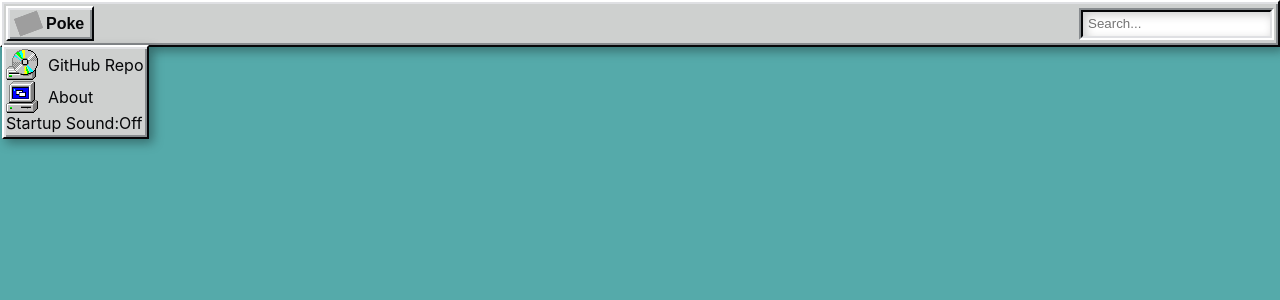
Repository: VolodymyrDubnytskyi/Pokemons
Page: /
An editor plug-in stored every save of this project. The page is shown before and after the next save, followed by the edit.
The browser window is 1280 px wide. The pictures show the whole page.
Pictures or frames that could not be fetched are drawn as grey boxes. The page's requests for data from a server got no answer. The project was rebuilt for these pictures with package versions that can differ from the ones it lists, and the page was loaded fresh each time. No one was signed in, and anything a server would have sent is missing. Also part of the build but not shown: src/Components/PopUpComponents/BasicInfo.js, src/Components/PopUpComponents/Stats.js, src/Components/PopUpComponents/Abilities.js, src/Components/PopUp.js.

Above is the page before, as saved 2020-06-11 14:59:19.

After the next save:
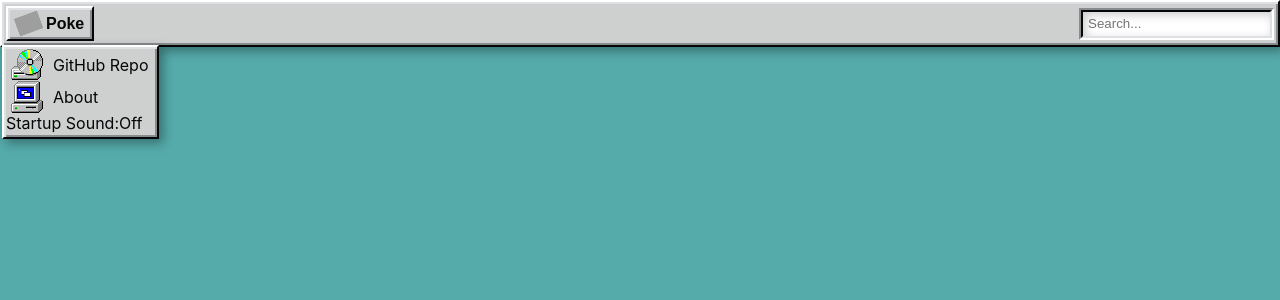
Saved 15 s later.
--- a/src/App.css
+++ b/src/App.css
@@ -403,30 +403,32 @@ button {
   outline: none;
 }
 /* nav menu */
-.nav-menu-container{
+.nav-menu-container {
   width: auto;
-    border-left-color: rgb(255, 255, 255);
-    border-top-color: rgb(255, 255, 255);
-    border-right-color: rgb(5, 6, 8);
-    border-bottom-color: rgb(5, 6, 8);
-    box-shadow: rgba(0, 0, 0, 0.35) 4px 4px 10px 0px, rgb(223, 224, 227) 1px 1px 0px 1px inset, rgb(136, 140, 143) -1px -1px 0px 1px inset;
-    box-sizing: border-box;
-    display: inline-block;
-    background-color: rgb(206, 208, 207);
-    color: rgb(5, 6, 8);
-    position: absolute;
-    bottom: 0px;
-    left: 0px;
-    transform: translate(0px, 100%);
-    padding: 2px 4px 4px 2px;
-    border-style: solid;
-    border-width: 2px;
-    list-style: none;
-}
-.menu-item{
-  display: flex;
-  align-items: center;
-}
-.menu-icons{
+  border-left-color: rgb(255, 255, 255);
+  border-top-color: rgb(255, 255, 255);
+  border-right-color: rgb(5, 6, 8);
+  border-bottom-color: rgb(5, 6, 8);
+  box-shadow: rgba(0, 0, 0, 0.35) 4px 4px 10px 0px, rgb(223, 224, 227) 1px 1px 0px 1px inset,
+    rgb(136, 140, 143) -1px -1px 0px 1px inset;
+  box-sizing: border-box;
+  display: inline-block;
+  background-color: rgb(206, 208, 207);
+  color: rgb(5, 6, 8);
+  position: absolute;
+  bottom: 0px;
+  left: 0px;
+  transform: translate(0px, 100%);
+  padding: 2px 4px 4px 2px;
+  border-style: solid;
+  border-width: 2px;
+  list-style: none;
+}
+.menu-item {
+  display: flex;
+  align-items: center;
+  margin: 0 5px;
+}
+.menu-icons {
   margin-right: 10px;
 }
